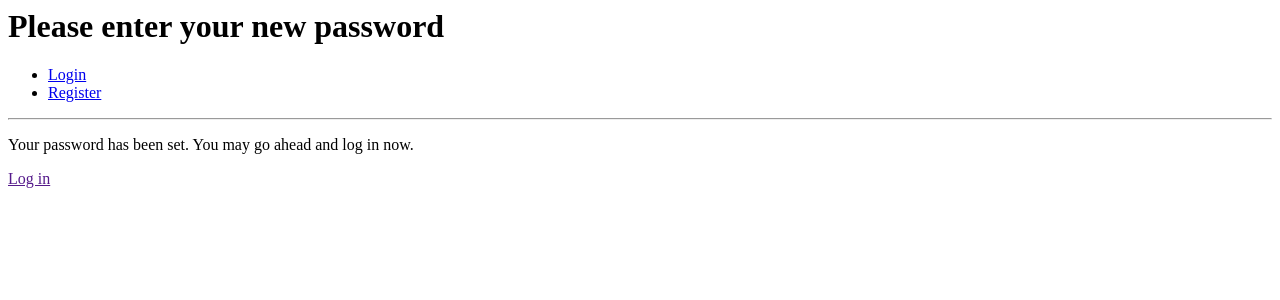
Repository: toderas/Django-authentication
Page: templates/registration/password_reset_complete.html
The author's editor kept a record of every edit. The page is drawn from the files as they stood at one moment, then again after the next edit.
The browser window is 1280 px wide. The pictures show the whole page.
The template is drawn by Django 2.2. The application's start-up code is not run. The template is opened directly, without the code that normally fills it, so the values that code supplies are empty.

Above is the page before.

After the next edit:
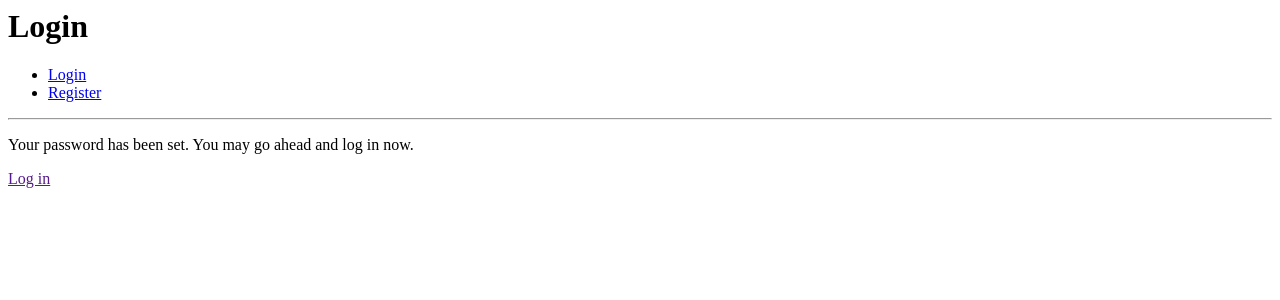
The edit:
--- a/templates/registration/password_reset_complete.html
+++ b/templates/registration/password_reset_complete.html
@@ -4,7 +4,7 @@
 
 {% block page_title %} Reset complete{% endblock %}
 
-{% block page_heading %} Please enter your new password{% endblock %}
+{% block page_heading %} Login {% endblock %}
 
 {% block content %}
 
